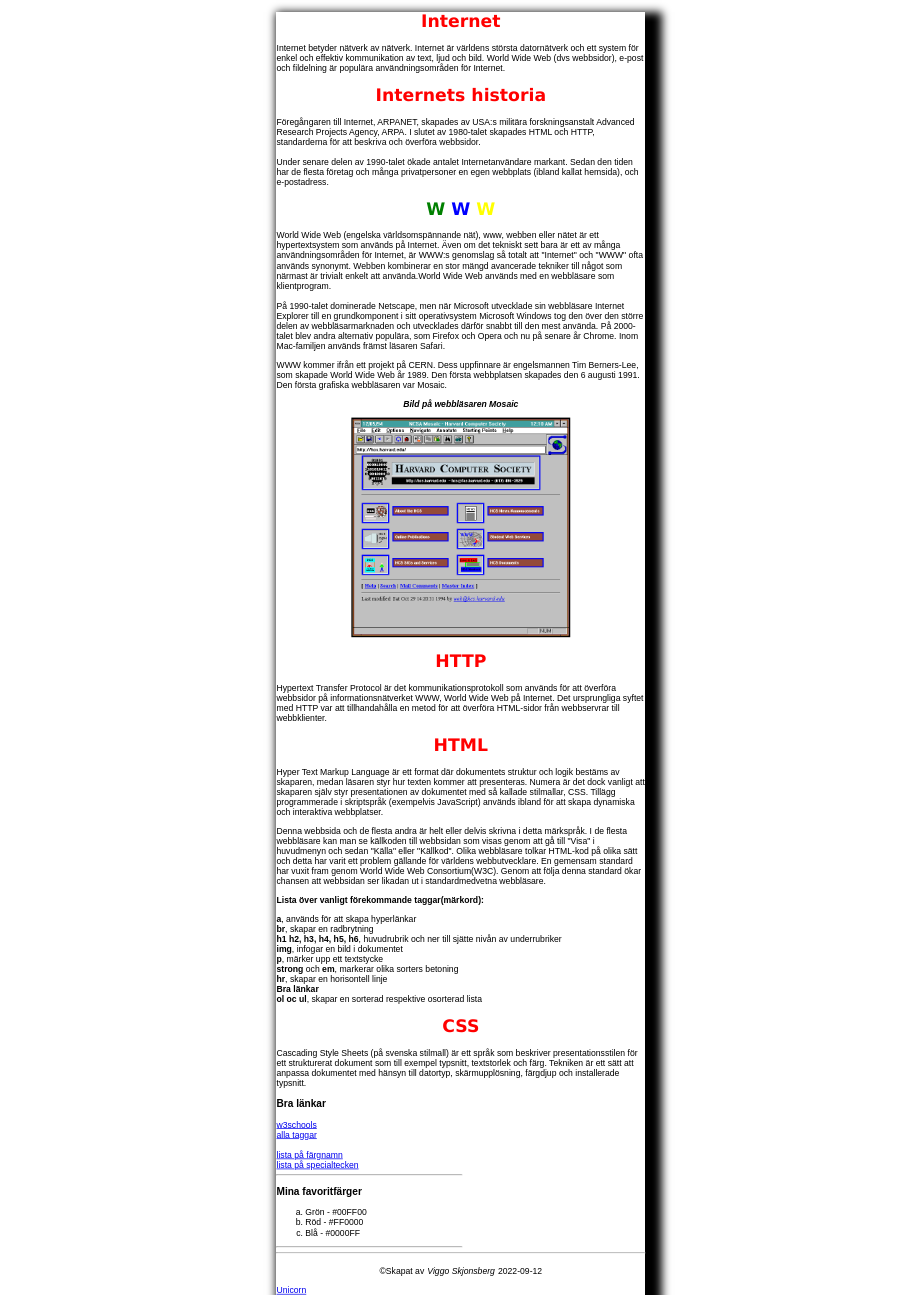
Repository: ViggoSkj/VGY
Page: ovningar/ovning2/ovning2.html
These files come from the project's save history. The page is drawn as it stood at one moment and after the next save; the edit follows.
The browser window is 1280 px wide. The pictures show the whole page, at 72% of full size.

Above is the page before, as saved 2022-11-27 11:33:17.

After the next save:
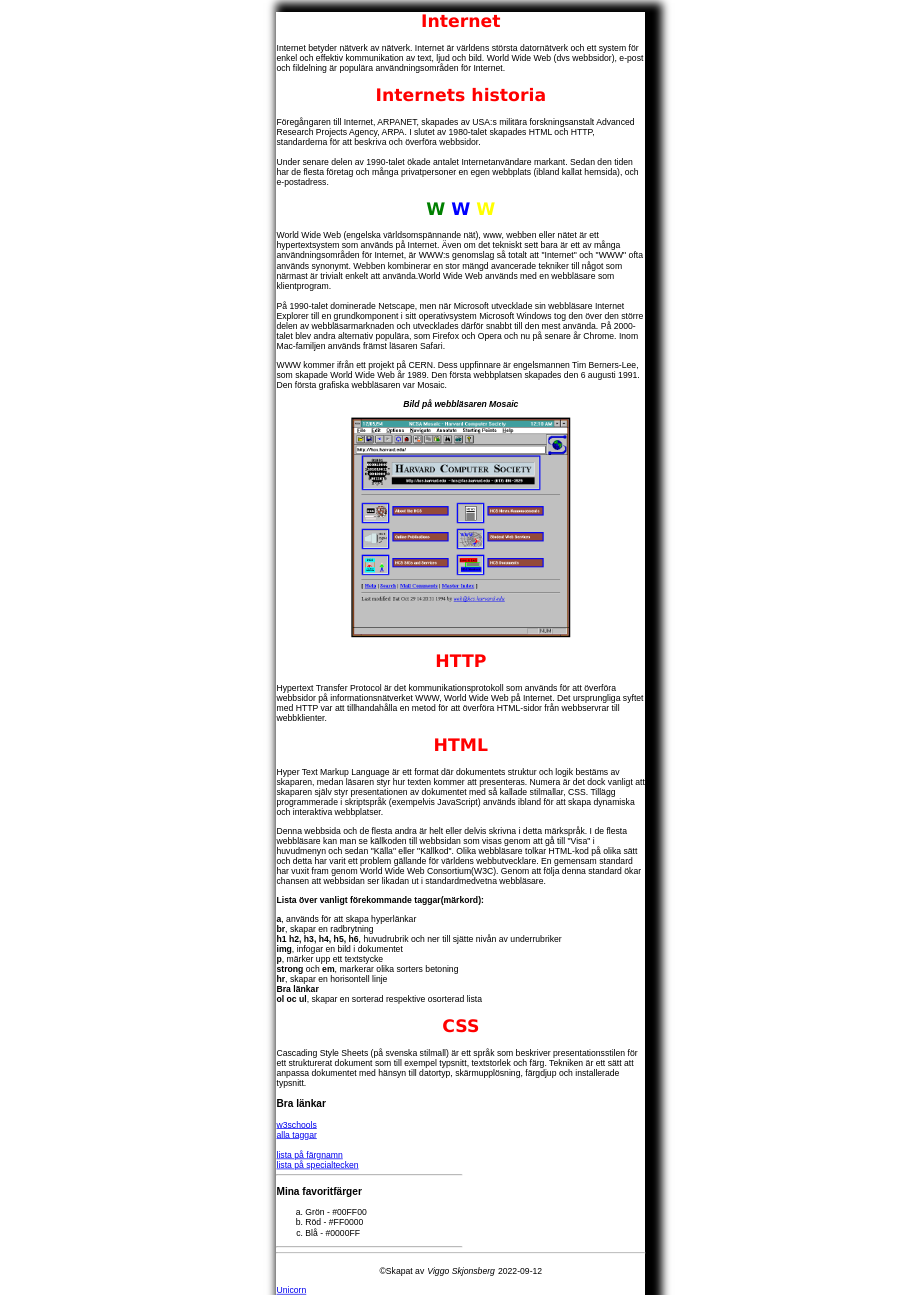
Saved 9 s later.
--- a/ovningar/ovning2/public/css/style.css
+++ b/ovningar/ovning2/public/css/style.css
@@ -4,7 +4,7 @@ body.ovning-2
     margin: auto;
     font-size: 12px;
     font-family: Arial, Helvetica, sans-serif;
-    box-shadow: black 1em 1em 1em 1em;
+    box-shadow: black 1em 0em 1em 1em;
 }
 
 body.ovning-2 h1
